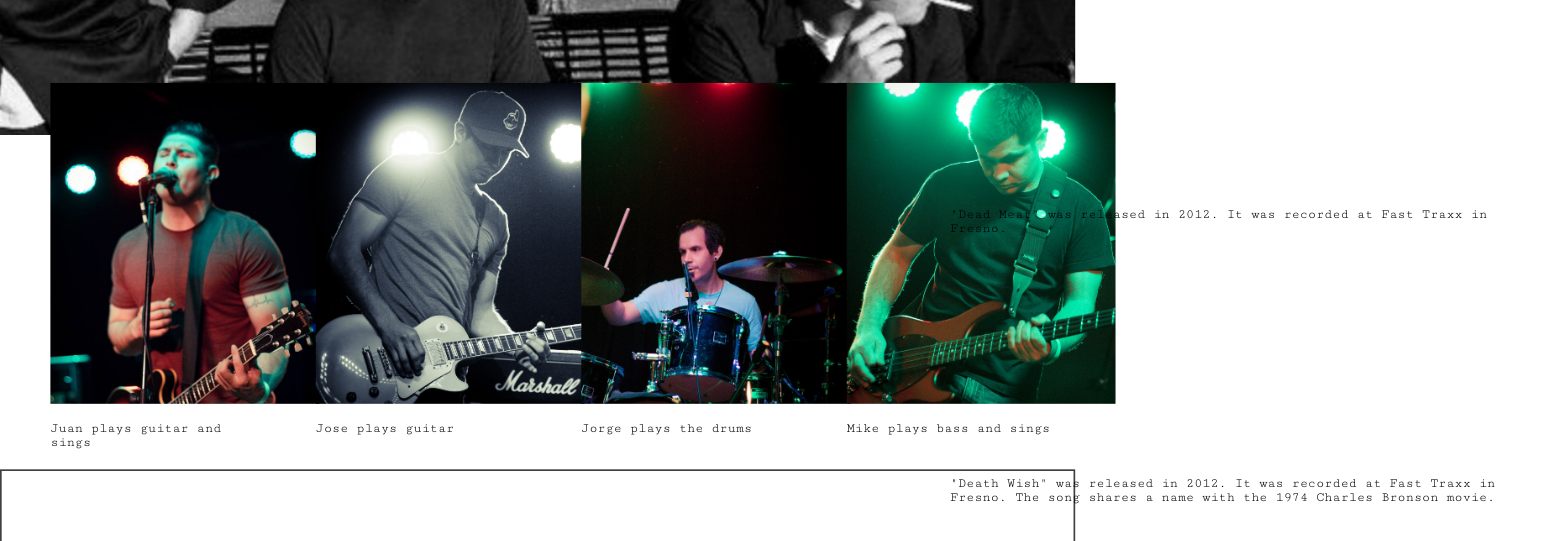
Repository: mikeJswift/band-web-site
Page: index.html
The author's editor kept a record of every edit. The page is drawn from the files as they stood at one moment, then again after the next edit.
The browser window is 1280 px wide. The page is 1847 px wide, so the pictures cover 1847 px, including what lies to the right of the window. The pictures show the part of the page from y = 714 to 1358 px (the page is 2233 px tall), at 84% of full size.
Pictures or frames that could not be fetched are drawn as grey boxes. Some web fonts or font styles are not loaded; a fallback is used.

Above is the page before.

After the next edit:
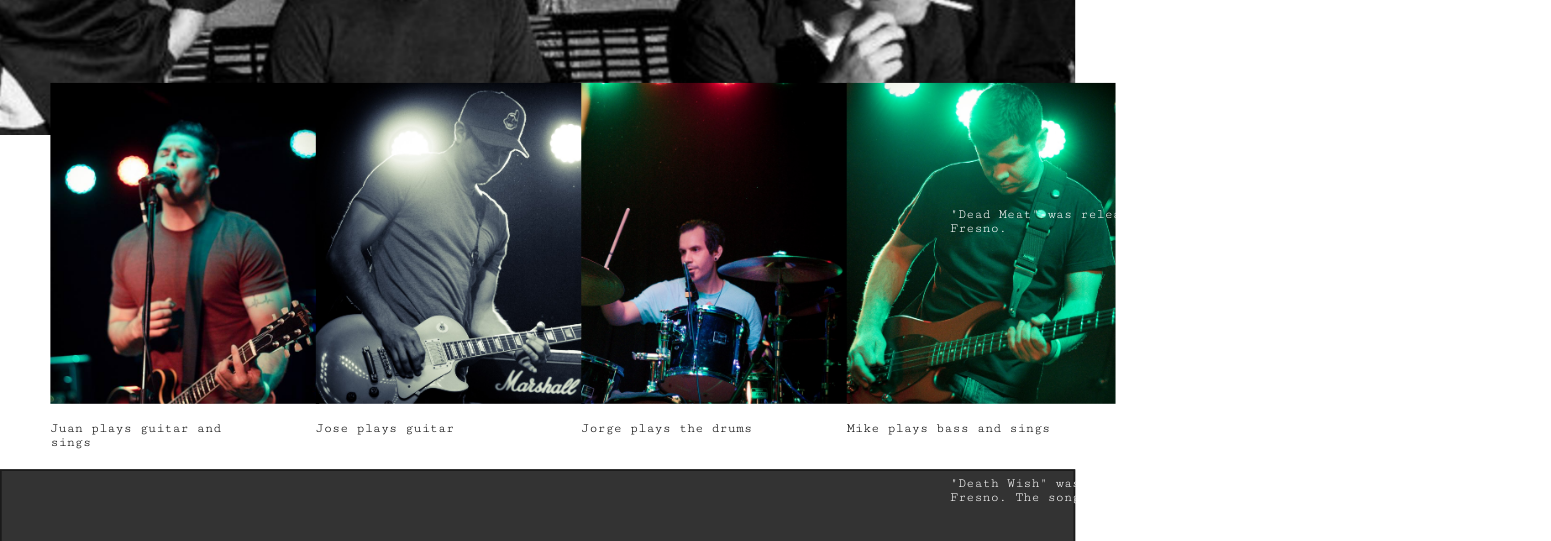
The edit:
--- a/css/style.css
+++ b/css/style.css
@@ -73,7 +73,9 @@
 
 .vid-row {
     height: 316px;
-    border: 2px solid #404040;
+    border: 2px solid #1a1a1a;
+    background-color: #333333;
+    color: #ffffff;
 }
 
 .vid-row p {
